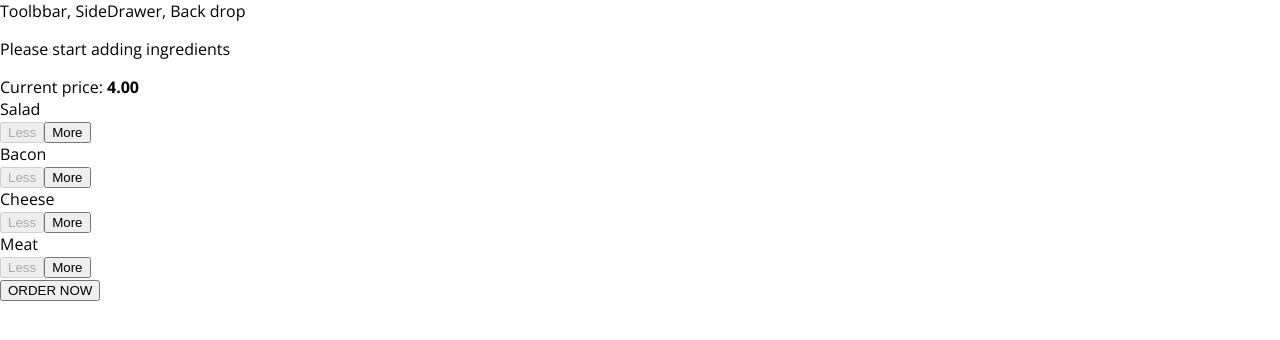
Repository: dunbom6612/burger-builder-app
Page: /
An editor plug-in stored every save of this project. The page is shown before and after the next save, followed by the edit.
The browser window is 1280 px wide. The pictures show the whole page.
The project was rebuilt for these pictures with package versions that can differ from the ones it lists, and the page was loaded fresh each time. Also part of the build but not shown: src/components/Layout/Layout.css, src/components/Burger/Burgeringredient/Burgeringredient.css, src/components/Burger/Burger.css, src/components/BuildControls/BuildControls.css, src/components/BuildControls/BuildControl/BuildControl.css.

Above is the page before, as saved 2020-07-31 00:57:06.

After the next save:
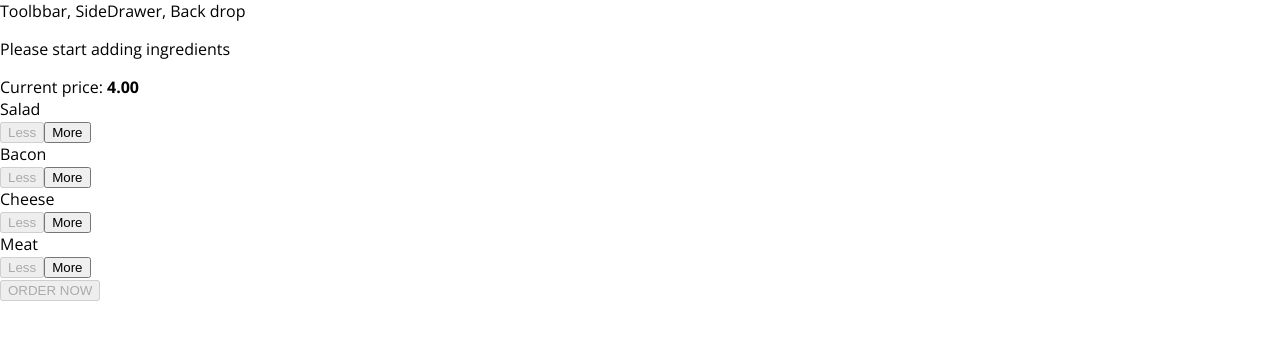
Saved 23 s later.
--- a/src/components/BuildControls/BuildControls.js
+++ b/src/components/BuildControls/BuildControls.js
@@ -22,7 +22,7 @@ const buildControls = (props) => (
         disabled={props.disabled[ctrl.type]}
       />
     ))}
-    <button className={classes.OrderButton} disabled={props.purchasable}> ORDER NOW</button>
+    <button className={classes.OrderButton} disabled={!props.purchasable}> ORDER NOW</button>
   </div>
 );
 
